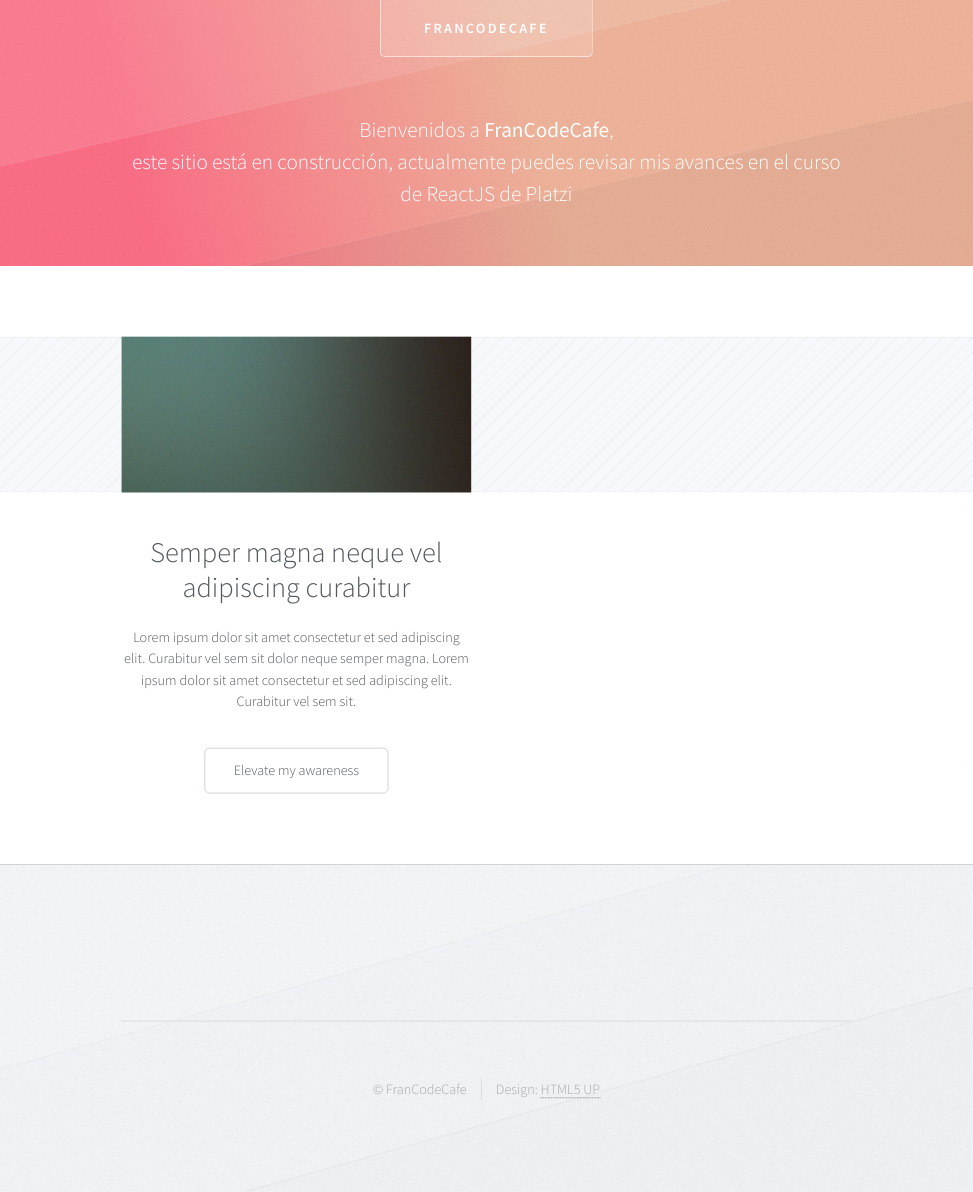
Repository: FranCodeCafe/francodecafe.github.io
Page: index.html
The author's editor kept a copy of each file at every save. The page is drawn from the files as they stood at one save, then again after the next save.
The browser window is 1280 px wide. The pictures show the whole page, at 76% of full size.

Above is the page before, as saved 2020-01-22 14:16:11.

After the next save:
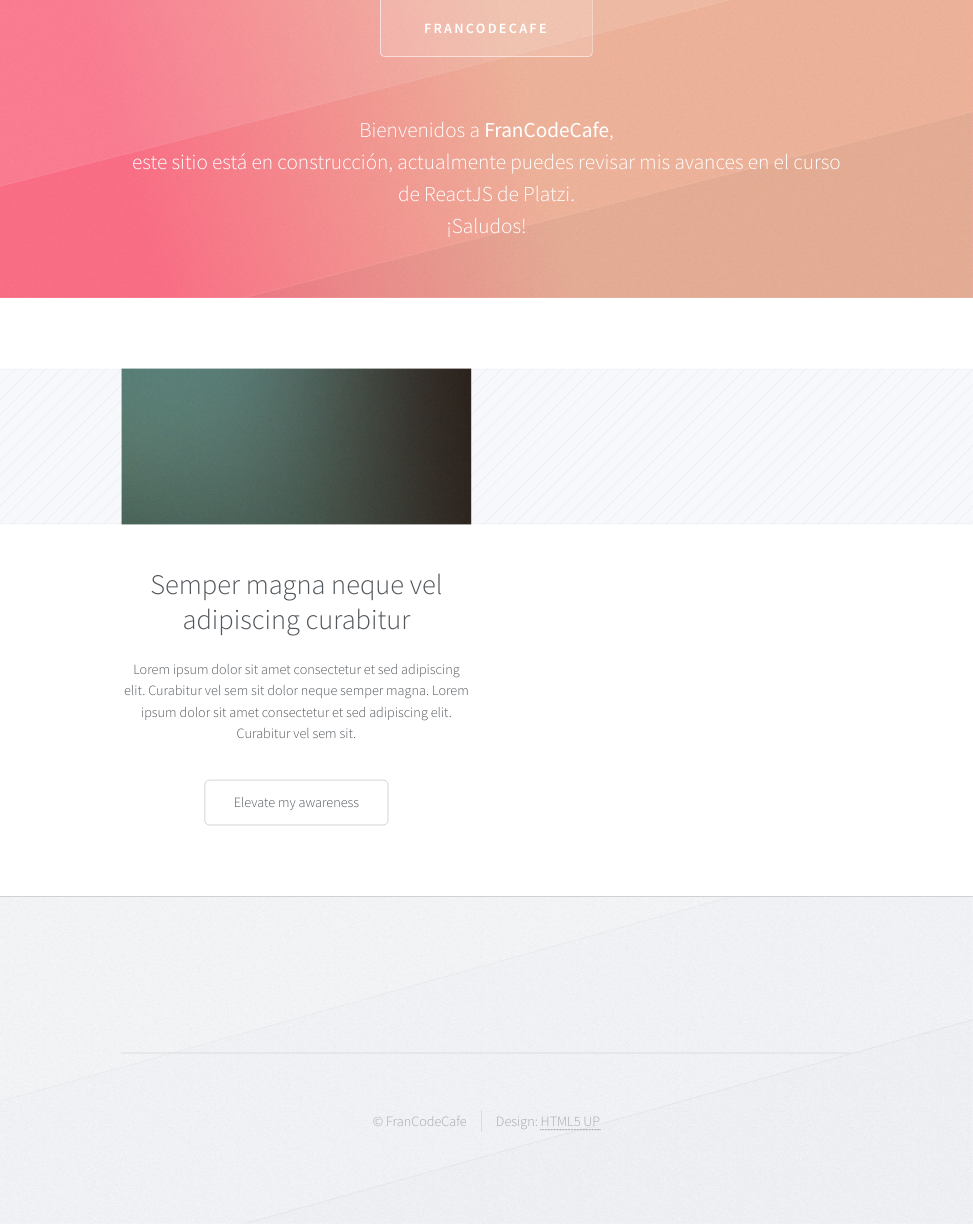
Saved 37 s later.
--- a/index.html
+++ b/index.html
@@ -69,7 +69,8 @@
 						</header> -->
 						<p>Bienvenidos a <strong>FranCodeCafe</strong>,
 						<br />
-						este sitio está en construcción, actualmente puedes revisar mis avances en el curso de ReactJS de Platzi</p>
+						este sitio está en construcción, actualmente puedes revisar mis avances en el curso de ReactJS de Platzi.
+						<br /> ¡Saludos!</p>
 						<!-- <ul class="actions">
 							<li><a href="#" class="button">Get this party started</a></li>
 						</ul> -->
